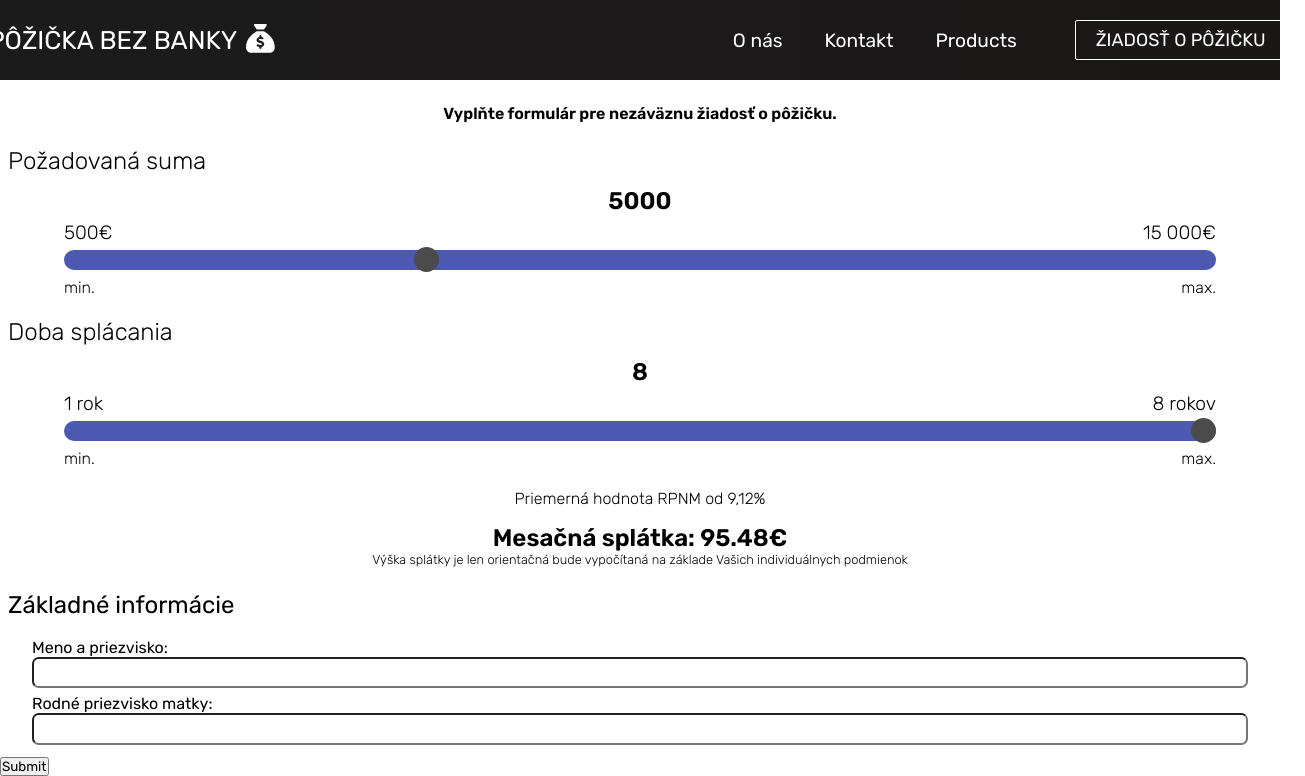
Repository: steve-lgtm/React-website-pozickabezbanky
Page: /ziadost
An editor plug-in stored every save of this project. The page is shown before and after the next save, followed by the edit.
The browser window is 1280 px wide. The page is 1305 px wide, so the pictures cover 1305 px, including what lies to the right of the window. The pictures show the whole page.
Some web libraries are served in a nearby version. The project was rebuilt for these pictures with package versions that can differ from the ones it lists, and the page was loaded fresh each time. Also part of the build but not shown: src/components/pages/Home.js, src/components/pages/Kontakt.js, src/components/pages/Products.js.

Above is the page before, as saved 2022-07-10 16:21:42.

### src/App.js
import React from 'react';
import Navbar from './components/Navbar';
import './App.css';
import Home from './components/pages/Home.js';
import { BrowserRouter as Router, Routes, Route } from 'react-router-dom';
import Kontakt from './components/pages/Kontakt';
import Products from './components/pages/Products';
import Ziadost from './components/pages/Ziadost';
import { library } from '@fortawesome/fontawesome-svg-core'
import { fas } from '@fortawesome/free-solid-svg-icons'


library.add(fas)


function App() {
  return (
      <Router>
        <Navbar />
        <Routes>
          <Route path='/' exact element={<Home />} />
          <Route path='/kontakt' element={<Kontakt/>} />
          <Route path='/products' element={<Products/>} />
          <Route path='/ziadost' element={<Ziadost/>} />
        </Routes>
      </Router>
  );
}

export default App;

### src/components/Navbar.js
import React, { useState, useEffect } from 'react';
import { Button } from './Button';
import { Link } from 'react-router-dom';
import './Navbar.css';
import { FontAwesomeIcon } from '@fortawesome/react-fontawesome';

function Navbar() {
  const [click, setClick] = useState(false);
  const [button, setButton] = useState(true);

  const handleClick = () => setClick(!click);
  const closeMobileMenu = () => setClick(false);

  const showButton = () => {
    if (window.innerWidth <= 1040) {
      setButton(false);
    } else {
      setButton(true);
    }
  };

  useEffect(() => {
    showButton();
  }, []);

  window.addEventListener('resize', showButton);

  return (
    <>
      <nav className='navbar'>
        <div className='navbar-container'>
          <Link to='/' className='navbar-logo' onClick={closeMobileMenu}>
            PÔŽIČKA BEZ BANKY
           {/* <FontAwesomeIcon icon="fa-solid fa-money-bill-1-wave" className='nav-icon'/> */}
           <FontAwesomeIcon icon="fa-solid fa-sack-dollar" className='nav-icon' />
          </Link>
          <div className='menu-icon' onClick={handleClick}>
            <i className={click ? 'fas fa-times' : 'fas fa-bars'} />
          </div>
          <ul className={click ? 'nav-menu active' : 'nav-menu'}>
            <li className='nav-item'>
              <Link to='/' className='nav-links' onClick={closeMobileMenu}>
                O nás
              </Link>
            </li>
            <li className='nav-item'>
              <Link
                to='/kontakt'
                className='nav-links'
                onClick={closeMobileMenu}
              >
                Kontakt
              </Link>
            </li>
            <li className='nav-item'>
              <Link
                to='/products'
                className='nav-links'
                onClick={closeMobileMenu}
              >
                Products
              </Link>
            </li>

            <li>
              <Link
                to='/ziadost'
                className='nav-links-mobile'
                onClick={closeMobileMenu}
              >
                ŽIADOSŤ O PÔŽIČKU
              </Link>
            </li>
          </ul>
          {button && <Button buttonStyle='btn--outline'>ŽIADOSŤ O PÔŽIČKU</Button>}
        </div>
      </nav>
    </>
  );
}

export default Navbar;

### src/App.css
@import url('https://fonts.googleapis.com/css2?family=Rubik:wght@300;400;600&display=swap');
* {
  box-sizing: border-box;
  margin: 0;
  padding: 0;
  font-family: 'Rubik', sans-serif;



}

.home,
.services,
.products,
.sign-up {
  display: flex;
  height: 89vh;
  align-items: center;
  justify-content: center;
  font-size: 3rem;
}

.services {
  background-color: blue;
  background-size: cover;
  background-repeat: no-repeat;
  color: rgb(0, 0, 0);
  font-size: 20px;
}

.products {
  background-color: blue;
  background-position: center;
  background-size: cover;
  background-repeat: no-repeat;
  color: #fff;
  font-size: 100 rem;
}

.sign-up {
  background-position: center;
  background-size: cover;
  background-repeat: no-repeat;
  color: rgb(0, 0, 0);
  font-size: 100px;
}
.home {
  background-position: center;
  background-size: cover;
  background-repeat: no-repeat;
  color: rgb(0, 0, 0);
  font-size: 100px;
}

### src/components/pages/Ziadost.js
import React from 'react';
import '../../App.css';
import './Ziadost.css'
import { useState } from 'react';
import { useFormik} from 'formik'

function PMT(ir, np, pv, fv, type) {

  //  * ir   - interest rate per month
  //  * np   - number of periods (months)
   // * pv   - present value
   // * fv   - future value
  //  * type - when the payments are due:
 //   *        0: end of the period, e.g. end of month (default)
  //  *        1: beginning of period

   var pmt, pvif;

   fv || (fv = 0);
   type || (type = 0);

   if (ir === 0)
       return -(pv + fv)/np;

   pvif = Math.pow(1 + ir, np);
   pmt = - ir * pv * (pvif + fv) / (pvif - 1);

   if (type === 1)
       pmt /= (1 + ir);


   return pmt;}

export default function Ziadost() {
  const [mounthAmount, setMounthAmount] = useState(95.48);
  const formik =  useFormik({
    initialValues: {
      amount: 5000,
      period: 8,
      name: '',
      surnameMom:''
    },
    onSubmit: values => {
      console.log('Form data',values)
    },
    validate: values => {
      let errors ={}

      if(!values.name) {
        errors.name = 'Requiered'
      }

      if(!values.surnameMom) {
        errors.name = 'Requiered'
      }

      return errors
    }
  });

 const changeAmount = (e) => {
  let urk_sdz = 0.1834;
  if(e.target.name==='amount'){
    let urk_sdz = 0.1834;
    if ( formik.values.period===1) urk_sdz = 0.3910;
    if ( formik.values.period>1 && formik.values.period<6 ) urk_sdz = 0.2098; //0.22;
    if ( formik.values.period>5 && formik.values.period<9 ) urk_sdz = 0.1834;
    let finalAmount = Math.round(PMT(Math.pow((1+urk_sdz),1/12)-1,(formik.values.period*12),-1*e.target.value)*100) /100;
  setMounthAmount(finalAmount)}

  if(e.target.name==='period'){
    if ( e.target.value===1) urk_sdz = 0.3910;
    if ( e.target.value>1 && e.target.value<6 ) urk_sdz = 0.2098; //0.22;
    if ( e.target.value>5 && e.target.value<9 ) urk_sdz = 0.1834;
    let finalAmount = Math.round(PMT(Math.pow((1+urk_sdz),1/12)-1,(e.target.value*12),-1*formik.values.amount)*100) /100;
    setMounthAmount(finalAmount)}
  };
  return (
    <>
      <h1 className='header-form'>
          Vyplňte formulár pre nezáväznu žiadosť o pôžičku.
        </h1>
      <form onSubmit={formik.handleSubmit}>
      <div className='container-form'>
        <div className='section-name'>Požadovaná suma</div>
            <h2>{formik.values.amount}</h2>
            <div className="containerslider">
                <div className="pullleft" style={{fontSize:"1.2rem"}}>
                    500€
                </div>
                <div className="pullright" style={{fontSize:"1.2rem"}}>
                    15 000€
                </div>
            <input type="range" name="amount" step="100" min="500" max="15000" onChange={(e) =>{formik.handleChange(e); changeAmount(e)}} value={formik.values.amount} className="slider" id="suma"/>
            <div className="pullleft" style={{fontSize: "1rem"}}>
                min.
            </div>
            <div className="pullright" style={{fontSize: "1rem"}}>
                max.
            </div>
            </div>

       <div className='section-name'>Doba splácania</div>
       <h2>{formik.values.period}</h2>
            <div className="containerslider">
                <div className="pullleft" style={{fontSize:"1.2rem"}}>
                    1 rok
                </div>
                <div className="pullright" style={{fontSize:"1.2rem"}}>
                    8 rokov
                </div>
            <input type="range" name="period" step="1" min="1" max="8" onChange={(e) => {formik.handleChange(e); changeAmount(e)}} value={formik.values.period} className="slider" id="doba"/>
            <div className="pullleft" style={{fontSize: "1rem"}}>
                min.
            </div>
            <div className="pullright" style={{fontSize: "1rem"}}>
                max.
            </div>
            </div>
            <div className="info">
        Priemerná hodnota RPNM od 9,12%
        </div>
        <h2> Mesačná splátka: {mounthAmount}€</h2>
        <div className="info2">
            Výška splátky je len orientačná bude vypočítaná na základe Vašich individuálnych podmienok
        </div>
            </div>
          <div className='personal-data'>
          <div className='section-name'>Základné informácie</div>
            <div className='personal-data-field'>
          <label htmlFor="name">Meno a priezvisko:</label>
      <input type="text" name="name" id="name" onChange={formik.handleChange} value={formik.values.name}/>
      </div>
      <div className='personal-data-field'>
      <label htmlFor="surnameMom">Rodné priezvisko matky:</label>
      <input type="text" name="surnameMom" id="surnameMom" onChange={formik.handleChange} value={formik.values.surnameMom}/>
            </div>
            </div>
            <button type='submit'>Submit</button>
      </form>

    </>
  );
}

### src/components/Button.js
// import React from 'react';
// import './Button.css';
// import { Link } from 'react-router-dom';

// export function Button() {
//   return (
//     <Link to='sign-up'>
//       <button className='btn'>Sign Up</button>
//     </Link>
//   );
// }

import React from 'react';
import './Button.css';
import { Link } from 'react-router-dom';

const STYLES = ['btn--primary', 'btn--outline', 'btn--test'];

const SIZES = ['btn--medium', 'btn--large'];

export const Button = ({
  children,
  type,
  onClick,
  buttonStyle,
  buttonSize
}) => {
  const checkButtonStyle = STYLES.includes(buttonStyle)
    ? buttonStyle
    : STYLES[0];

  const checkButtonSize = SIZES.includes(buttonSize) ? buttonSize : SIZES[0];

  return (
    <Link to='/ziadost' className='btn-mobile'>
      <button
        className={`btn ${checkButtonStyle} ${checkButtonSize}`}
        onClick={onClick}
        type={type}
      >
        {children}
      </button>
    </Link>
  );
};

### src/components/Navbar.css
.navbar {
    background: linear-gradient(90deg, rgb(28, 27, 27) 0%, rgb(26, 23, 23) 100%);
    height: 80px;
    display: flex;
    justify-content: center;
    align-items: center;
    font-size: 1.2rem;
    position: sticky;
    top: 0;
    z-index: 999;
    font-weight: 400;
    white-space: nowrap;
  }

  .navbar-container {
    display: flex;
    justify-content: center;
    align-items: center;
    height: 80px;
    max-width: 1500px;
  }

  .navbar-logo {
    color: #fff;
    justify-self: start;
    margin-left: 0.5em;
    cursor: pointer;
    text-decoration: none;
    font-size: 1.6rem;
    display: flex;
    align-items: center;

  }

  .nav-icon {
    margin-left: 0.3em;
    margin-bottom: 0.1em;
    font-size: 1.8rem;
  }

  .nav-menu {
    display: grid;
    grid-template-columns: repeat(4, auto);
    grid-gap: 10px;
    list-style: none;
    text-align: center;
    width: 60vw;
    justify-content: end;
    margin-right: 2rem;
  }

  .nav-item {
    height: 3.5em;
  }

  .nav-links {
    color: #fff;
    display: flex;
    align-items: center;
    text-decoration: none;
    padding: 0.5rem 1rem;
    height: 100%;
  }

  .nav-links:hover {
    border-bottom: 4px solid #fff;
    transition: all 0.2s ease-out;
  }

  .fa-bars {
    color: rgb(255, 255, 255);
  }

  .nav-links-mobile {
    display: none;
  }

  .menu-icon {
    display: none;
  }

  @media screen and (max-width: 1040px) {
    .NavbarItems {
      position: relative;
    }

    .nav-menu {
      display: flex;
      flex-direction: column;
      justify-content: flex-start;
      width: 100%;
      height: 100vh;
      position: absolute;
      top: 80px;
      left: -100%;
      opacity: 1;
      transition: all 0.5s ease;
    }

    .nav-menu.active {
      background: #242222;
      left: 0;
      opacity: 1;
      transition: all 0.5s ease;
      z-index: 1;
    }

    .nav-links {
      font-size: 1.5rem;
      text-align: center;
      padding: 2rem;
      width: 100%;
      display: table;
    }

    .nav-links:hover {
      background-color: #fff;
      color: #242424;
      border-radius: 0;
    }

    .navbar-logo {
      float: left;}

    .navbar {
      justify-content: flex-start;
    }
    .navbar-container {
      float: left;
    }
    .menu-icon {
      display: block;
      position: absolute;
      top: 0;
      right: 0;
      transform: translate(-100%, 60%);
      font-size: 1.8rem;
      cursor: pointer;
    }

    .fa-times {
      color: #fff;
      font-size: 2rem;
    }

    .nav-links-mobile {
      display: block;
      text-align: center;
      margin: 2rem auto;
      border-radius: 4px;
      width: 80%;
      text-decoration: none;
      font-size: 1.5rem;
      background-color: transparent;
      color: #fff;
      padding: 14px 20px;
      border: 1px solid #fff;
      transition: all 0.3s ease-out;
    }

    .nav-links-mobile:hover {
      background: #fff;
      color: #242424;
      transition: 250ms;
    }
  }

### src/components/pages/Ziadost.css

.container-form {
margin: 0.5em;
display: flex;
flex-direction: column;
align-items: center;
font-weight: 300;
}
.pullleft{
    margin-top:0.3em;
    margin-bottom: 0.3em;
    float: left;

}
.pullright{
    margin-top:0.3em;
    margin-bottom: 0.3em;
    float: right;
}

.containerslider {
    width: 90vw;
    margin-bottom: 1em;
}
.header-form {
    text-align: center;
    font-size: 1rem;
    padding: 1em;
    padding-top: 1.5em;
}
.info{
    font-size: 1rem;
    color:black;
    text-align: center;
    margin-bottom: 1em;
}
.info2{
    font-size: 0.8rem;
    color:black;
    text-align: center;
    margin-bottom: 1em;
}
.slider {
    -webkit-appearance: none;
    width: 100%;
    height: 20px;
    background: #021391;
    outline: none;
    opacity: 0.7;
    -webkit-transition: .2s;
    transition: opacity .2s;
    border-radius: 1em;

  }
.section-name {
    align-self: flex-start;
    font-size: 1.5em;
    margin-bottom: 0.5em;
}

  .slider::-webkit-slider-thumb {
    -webkit-appearance: none;
    appearance: none;
    width: 25px;
    height: 25px;
    background: #000000;
    cursor: pointer;
    border-radius: 40px;
  }

  .slider::-moz-range-thumb {
    width: 25px;
    height: 25px;
    background: #000000;
    cursor: pointer;
  }
.arrow{
    width: 70px;
    margin-bottom: -1em;
}

.personal-data{
    display: flex;
    flex-direction: column;
    justify-content:space-around;
    height: 10em;
    margin: 0.5em;
}
.personal-data-field{
    display: flex;
    flex-direction: column;
    justify-content:space-around;
    height: 7vh;
    margin: 0 1.5em;
}
input[type=text] {
    border-radius: 0.5em;
    height: 10vh;
}

### src/components/Button.css
:root {
  --primary: #fff;
}

.btn {
  padding: 8px 20px;
  border-radius: 2px;
  outline: none;
  border: none;
  cursor: pointer;
}

.btn--primary {
  background-color: var(--primary);
  color: #242424;
  border: 1px solid var(--primary);
}

.btn--outline {
  background-color: transparent;
  color: #fff;
  padding: 8px 20px;
  border: 1px solid var(--primary);
  transition: all 0.3s ease-out;
}

.btn--medium {
  margin-right: 1em;
  padding: 8px 20px;
  font-size: 18px;
}

.btn--large {
  padding: 12px 26px;
  font-size: 20px;
}

.btn--large:hover,
.btn--medium:hover {
  transition: all 0.3s ease-out;
  background: #fff;
  color: #242424;
  transition: 250ms;
}

Loaded but not shown: public/index.html (common file); src/index.js (common file); src/index.css (common file)

After the next save:
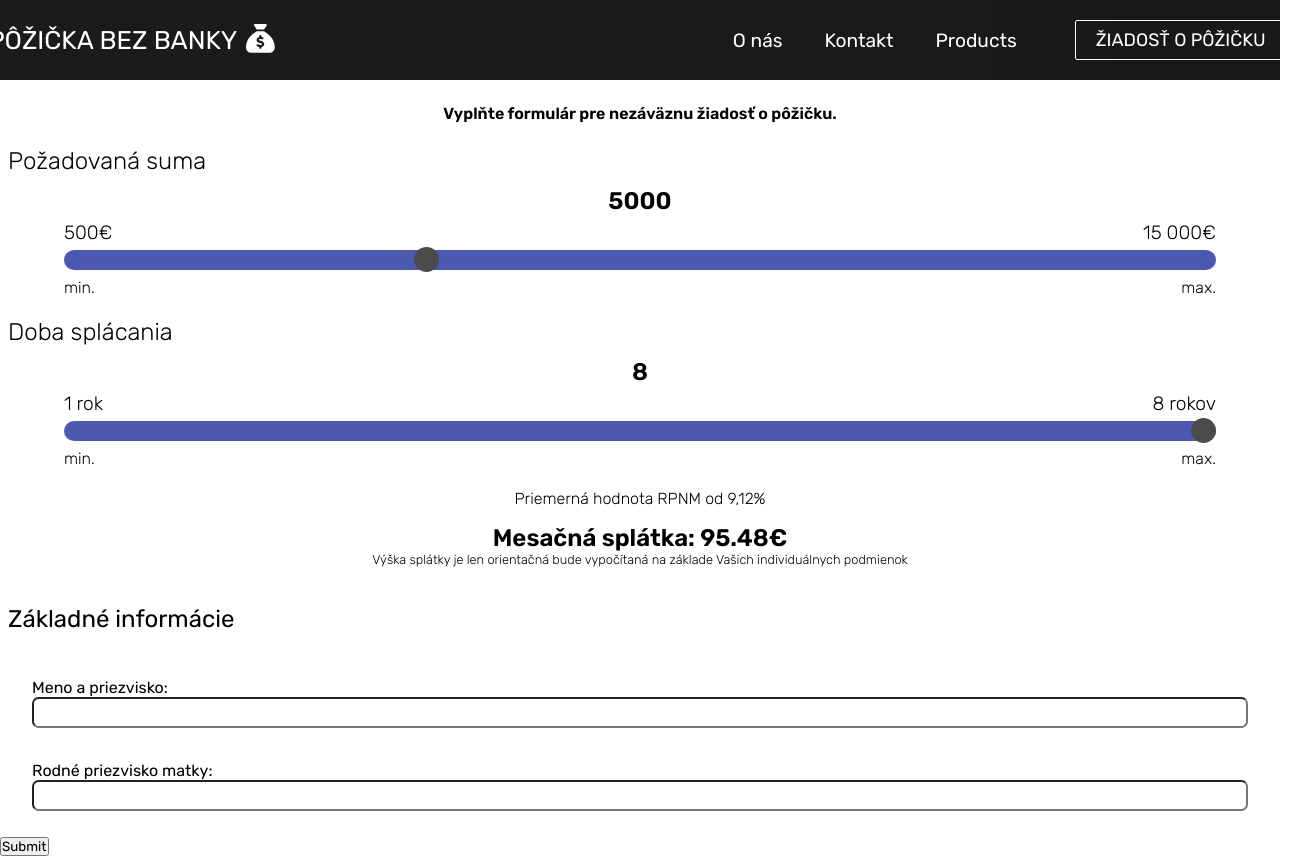
Saved 4 s later.
--- a/src/components/pages/Ziadost.css
+++ b/src/components/pages/Ziadost.css
@@ -83,7 +83,7 @@ font-weight: 300;
     display: flex;
     flex-direction: column;
     justify-content:space-around;
-    height: 10em;
+    height: 15em;
     margin: 0.5em;
 }
 .personal-data-field{
